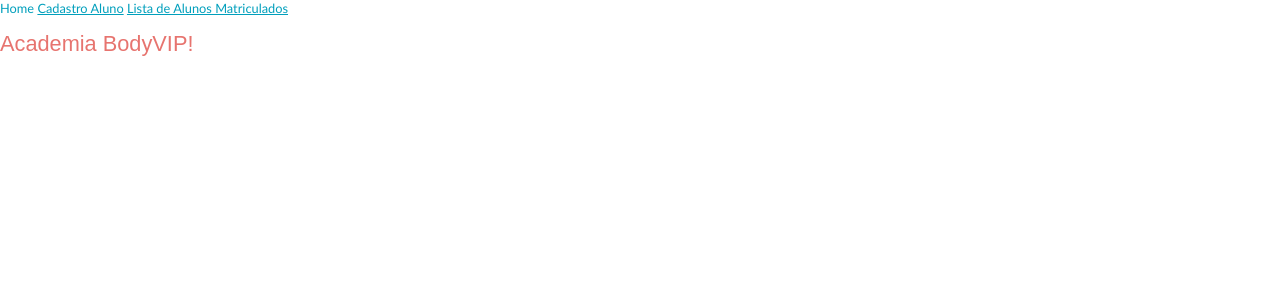
Repository: Thais-Ferreira/Projeto_bodyVIP
Page: http://localhost/BodyVIP/home.jsp
The author's editor kept a copy of each file at every save. The page is drawn from the files as they stood at one save, then again after the next save.
The browser window is 1280 px wide. The pictures show the whole page.
The page is served by Tomcat 9. Other server files are loaded and not shown.

Above is the page before, as saved 2017-06-18 22:39:18.

### BodyVIP/WebContent/home.jsp
<%@ page language="java" contentType="text/html; charset=ISO-8859-1"
    pageEncoding="ISO-8859-1"%>
<!DOCTYPE html PUBLIC "-//W3C//DTD HTML 4.01 Transitional//EN" "http://www.w3.org/TR/html4/loose.dtd">
<html>
<head>
	<meta http-equiv="Content-Type" content="text/html; charset=ISO-8859-1">
	<link rel="stylesheet" type="text/css" href="css/style.css" />
	<title>Home</title>
</head>
<body>
	<jsp:include page="cabecalho.jsp"></jsp:include>
	<h1>Academia BodyVIP!</h1>
</body>
</html>

### BodyVIP/WebContent/cabecalho.jsp
<%@ page language="java" contentType="text/html; charset=ISO-8859-1"
    pageEncoding="ISO-8859-1"%>
<!DOCTYPE html PUBLIC "-//W3C//DTD HTML 4.01 Transitional//EN" "http://www.w3.org/TR/html4/loose.dtd">
<html>
<head>
<meta http-equiv="Content-Type" content="text/html; charset=ISO-8859-1">
<title>Cabeçalho</title>
</head>
<body>
	<a href="home.jsp">Home</a>
	<a href="AlunoController?acao=cadastro">Cadastro Aluno</a>
	<a href="AlunoController?acao=buscaLista">Lista de Alunos Matriculados</a>
</body>
</html>

### BodyVIP/WebContent/css/style.css
@CHARSET "ISO-8859-1";

html
{ height: 100%;}

*
{ margin: 0;
  padding: 0;}

body
{ font: normal .80em 'trebuchet ms', arial, sans-serif;
  background: #FFF;
  color: #555;}

p
{ padding: 0 0 20px 0;
  line-height: 1.7em;}

img
{ border: 0;}

h1, h2, h3, h4, h5, h6
{ color: #E7746F;
  letter-spacing: 0em;
  padding: 0 0 5px 0;}

h1, h2, h3
{ font: normal 170% 'century gothic', arial;
  margin: 0 0 15px 0;
  padding: 15px 0 5px 0;}

h2
{ font-size: 160%;
  padding: 9px 0 5px 0;}

h3
{ font-size: 140%;
  padding: 5px 0 0 0;}

h4, h6
{ color: #009FBC;
  padding: 0 0 5px 0;
  font: normal 110% arial;
  text-transform: uppercase;}

h5, h6
{ color: #888;
  font: normal 95% arial;
  letter-spacing: normal;
  padding: 0 0 15px 0;}

a, a:hover
{ outline: none;
  text-decoration: underline;
  color: #009FBC;}

a:hover
{ text-decoration: none;}

blockquote
{ margin: 20px 0;
  padding: 10px 20px 0 20px;
  border: 1px solid #E5E5DB;
  background: #FFF;}

ul
{ margin: 2px 0 22px 17px;}

ul li
{ list-style-type: circle;
  margin: 0 0 6px 0;
  padding: 0 0 4px 5px;
  line-height: 1.5em;}

ol
{ margin: 8px 0 22px 20px;}

ol li
{ margin: 0 0 11px 0;}

.left
{ float: left;
  width: auto;
  margin-right: 10px;}

.right
{ float: right;
  width: auto;
  margin-left: 10px;}

.center
{ display: block;
  text-align: center;
  margin: 20px auto;}

#main, #logo, #menubar, #site_content, #footer
{ margin-left: auto;
  margin-right: auto;}

#header
{ background: #1d1d1d url(pattern.png) repeat;
  border-bottom: 2px solid #E7746F;
  height: 177px;}

#banner
{ background: transparent url(banner.jpg) no-repeat;
  width: 870px;
  height: 180px;
  margin-bottom: 20px;
  border: 5px solid #E7746F;}

#logo
{ width: 880px;
  position: relative;
  height: 140px;
  background: transparent;}

#logo #logo_text
{ position: absolute;
  top: 10px;
  left: 0;}

#logo h1, #logo h2
{ font: normal 300% 'century gothic', arial, sans-serif;
  border-bottom: 0;
  text-transform: none;
  margin: 0 0 0 9px;}

#logo_text h1, #logo_text h1 a, #logo_text h1 a:hover
{ padding: 22px 0 0 0;
  color: #FFF;
  letter-spacing: 0.1em;
  text-decoration: none;}

#logo_text h1 a .logo_colour
{ color: #E7746F;}

#logo_text a:hover .logo_colour
{ color: #FFF;}

#logo_text h2
{ font-size: 120%;
  padding: 4px 0 0 0;
  color: #FFF;}

#menubar
{ width: 880px;
  height: 46px;}

ul#menu
{ float: right;
  margin: 0;}

ul#menu li
{ float: left;
  padding: 0 0 0 9px;
  list-style: none;
  margin: 1px 2px 0 0;
  background: transparent;}

ul#menu li a
{ font: normal 100% 'trebuchet ms', sans-serif;
  display: block;
  float: left;
  height: 20px;
  padding: 6px 35px 5px 28px;
  text-align: center;
  color: #FFF;
  text-decoration: none;
  background: transparent;}

ul#menu li.selected a
{ height: 20px;
  padding: 6px 35px 5px 28px;}

ul#menu li.selected
{ margin: 1px 2px 0 0;
  background: #E7746F;}

ul#menu li.selected a, ul#menu li.selected a:hover
{ background: #E7746F;
  color: #FFF;}

ul#menu li a:hover
{ color: #FFF;
  background: #E7746F;}

#site_content
{ width: 880px;
  overflow: hidden;
  margin: 20px auto 0 auto;
  padding: 0 0 10px 0;}

#sidebar_container
{ float: right;
  width: 224px;}

.sidebar_top
{ width: 222px;
  height: 14px;
  background: transparent url(side_top.png) no-repeat;}

.sidebar_base
{ width: 222px;
  height: 14px;
  background: url(side_base.png) no-repeat;}

.sidebar
{ float: right;
  width: 222px;
  padding: 0;
  margin: 0 0 16px 0;}

.sidebar_item
{ background: url(side_back.png) repeat-y;
  padding: 0 15px;
  width: 192px;}

.sidebar li a.selected
{ color: #444;}

.sidebar ul
{ margin: 0;}

#content
{ text-align: left;
  width: 620px;
  padding: 0 0 0 5px;
  float: left;}

#content ul
{ margin: 2px 0 22px 0px;}

#content ul li, .sidebar ul li
{ list-style-type: none;
  background: url(bullet.png) no-repeat;
  margin: 0 0 0 0;
  padding: 0 0 4px 25px;
  line-height: 1.5em;}

#footer
{ width: 100%;
  font-family: 'trebuchet ms', sans-serif;
  font-size: 100%;
  height: 80px;
  padding: 28px 0 5px 0;
  text-align: center;
  background: transparent url(pattern.png) repeat;
  border-top: 2px solid #E7746F;
  color: #FFF;}

#footer p
{ line-height: 1.7em;
  padding: 0 0 10px 0;}

#footer a
{ color: #E7746F;
  text-decoration: none;}

#footer a:hover
{ color: #FFF;
  text-decoration: none;}

.search
{ color: #5D5D5D;
  border: 1px solid #BBB;
  width: 134px;
  padding: 4px;
  font: 100% arial, sans-serif;}

.form_settings
{ margin: 15px 0 0 0;}

.form_settings p
{ padding: 0 0 4px 0;}

.form_settings span
{ float: left;
  width: 200px;
  text-align: left;}

.form_settings input, .form_settings textarea
{ padding: 5px;
  width: 299px;
  font: 100% arial;
  border: 1px solid #E5E5DB;
  background: #FFF;
  color: #47433F;}

.form_settings .submit
{ font: 100% arial;
  border: 0;
  width: 99px;
  margin: 0 0 0 212px;
  height: 33px;
  padding: 2px 0 3px 0;
  cursor: pointer;
  background: #E7746F;
  color: #FFF;}

.form_settings textarea, .form_settings select
{ font: 100% arial;
  width: 299px;}

.form_settings select
{ width: 310px;}

.form_settings .checkbox
{ margin: 4px 0;
  padding: 0;
  width: 14px;
  border: 0;
  background: none;}

.separator
{ width: 100%;
  height: 0;
  border-top: 1px solid #D9D5CF;
  border-bottom: 1px solid #FFF;
  margin: 0 0 20px 0;}

table
{ margin: 10px 0 30px 0;}

table tr th, table tr td
{ background: #E7746F;
  color: #FFF;
  padding: 7px 4px;
  text-align: left;}

table tr td
{ background: #E5E5DB;
  color: #47433F;
  border-top: 1px solid #FFF;}

After the next save:
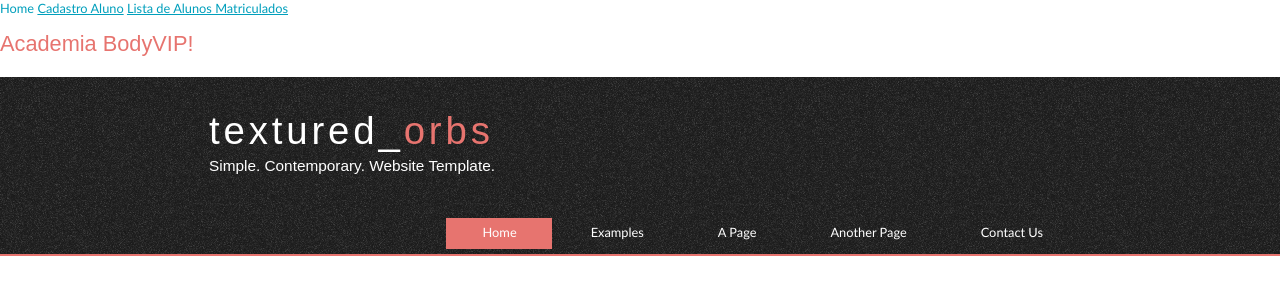
Saved 65 s later.
--- a/BodyVIP/WebContent/home.jsp
+++ b/BodyVIP/WebContent/home.jsp
@@ -10,5 +10,26 @@
 <body>
 	<jsp:include page="cabecalho.jsp"></jsp:include>
 	<h1>Academia BodyVIP!</h1>
+	<div id="main">
+    <div id="header">
+      <div id="logo">
+        <div id="logo_text">
+          <!-- class="logo_colour", allows you to change the colour of the text -->
+          <h1><a href="index.html">textured_<span class="logo_colour">orbs</span></a></h1>
+          <h2>Simple. Contemporary. Website Template.</h2>
+        </div>
+      </div>
+      <div id="menubar">
+        <ul id="menu">
+          <!-- put class="selected" in the li tag for the selected page - to highlight which page you're on -->
+          <li class="selected"><a href="index.html">Home</a></li>
+          <li><a href="examples.html">Examples</a></li>
+          <li><a href="page.html">A Page</a></li>
+          <li><a href="another_page.html">Another Page</a></li>
+          <li><a href="contact.html">Contact Us</a></li>
+        </ul>
+      </div>
+    </div>
+    </div>
 </body>
 </html>
